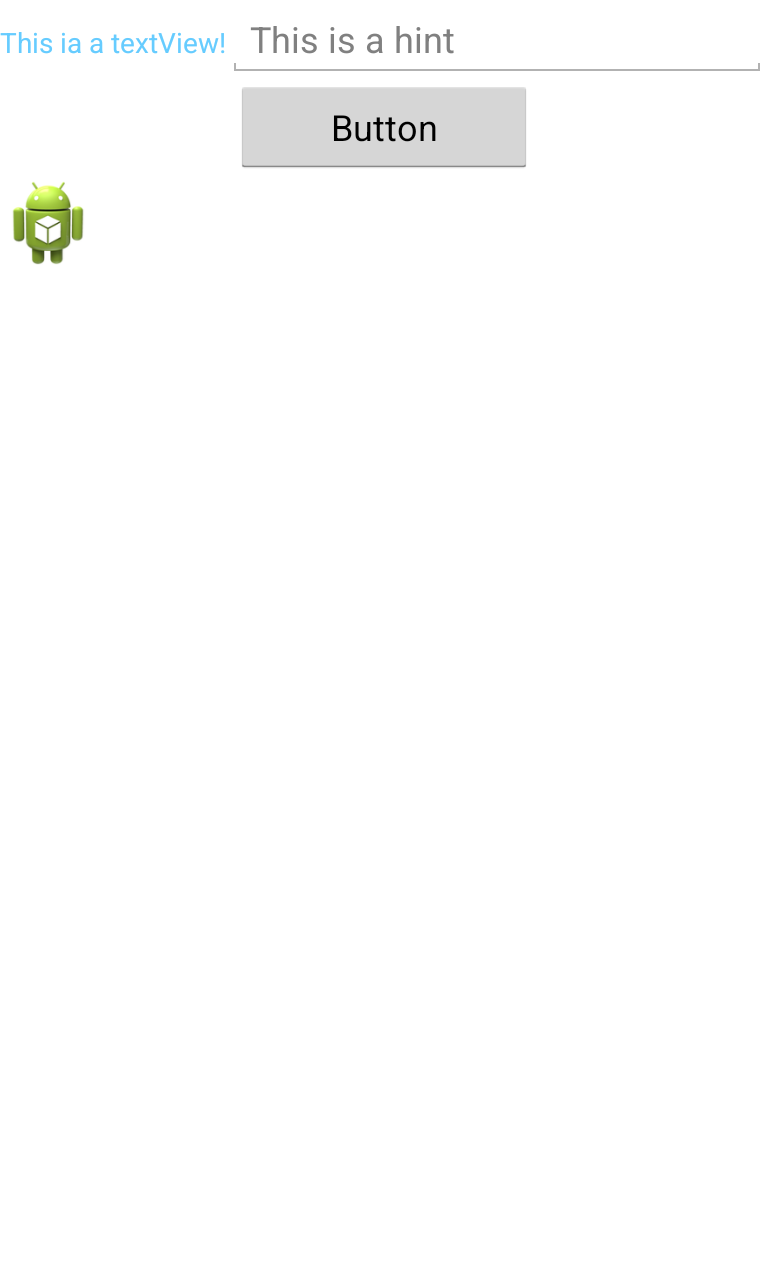
Repository: Ollyder/eclipse_work
Layout: UIWidgetTest/res/layout/activity_main.xml
An editor plug-in stored every save of this project. The layout is shown before and after the next save, followed by the edit.
It is drawn on a 768 x 1280 px phone screen (xhdpi) without system bars, with theme AppTheme; the app's code is not run.

Above is the layout before, as saved 2017-05-27 02:24:53.

After the next save:
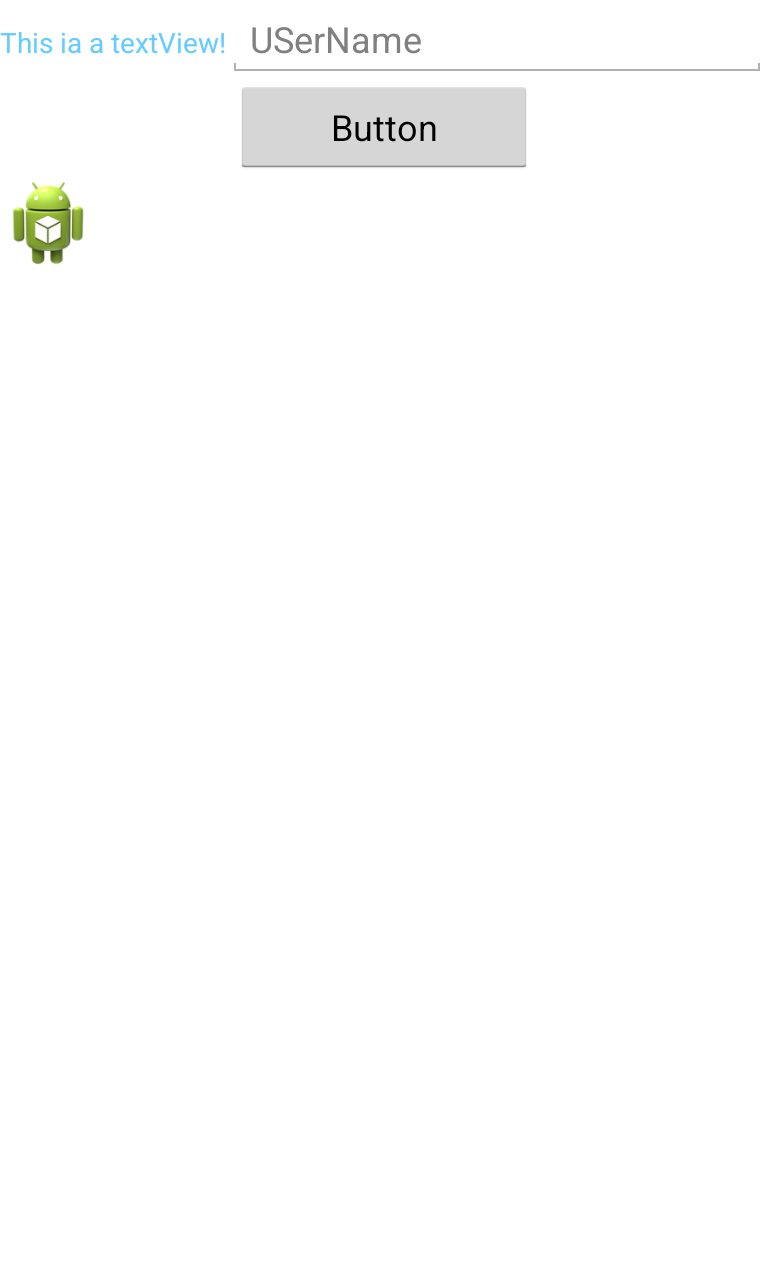
Saved 19 s later.
--- a/UIWidgetTest/res/layout/activity_main.xml
+++ b/UIWidgetTest/res/layout/activity_main.xml
@@ -22,7 +22,7 @@
         android:layout_width="0sp"
         android:layout_height="wrap_content"
         android:layout_weight="1"
-        android:hint="This is a hint"
+        android:hint="USerName"
         android:maxLines="2"/>
 
     </LinearLayout>
